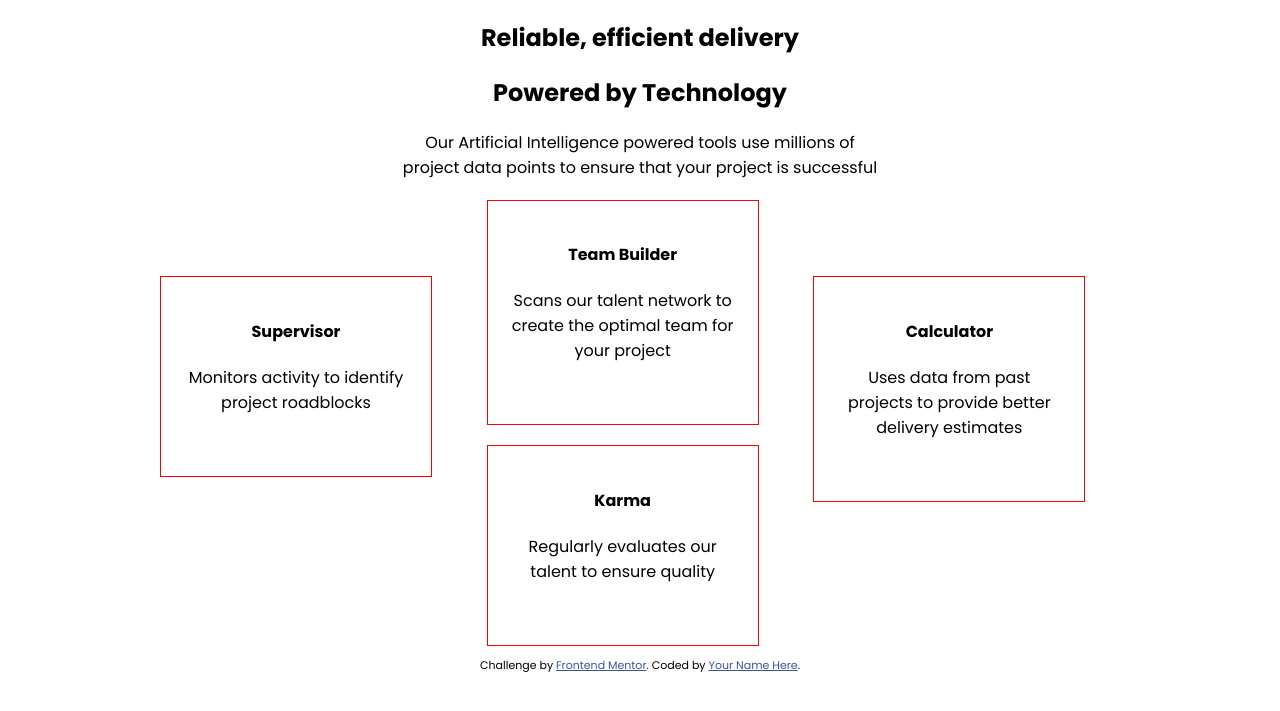
Repository: BuduCE/four-card-feature-section-master
Page: index.html
These files come from the project's save history. The page is drawn as it stood at one moment and after the next save; the edit follows.
The browser window is 1280 px wide. The pictures show the whole page.

Above is the page before, as saved 2023-06-01 22:25:12.

After the next save:
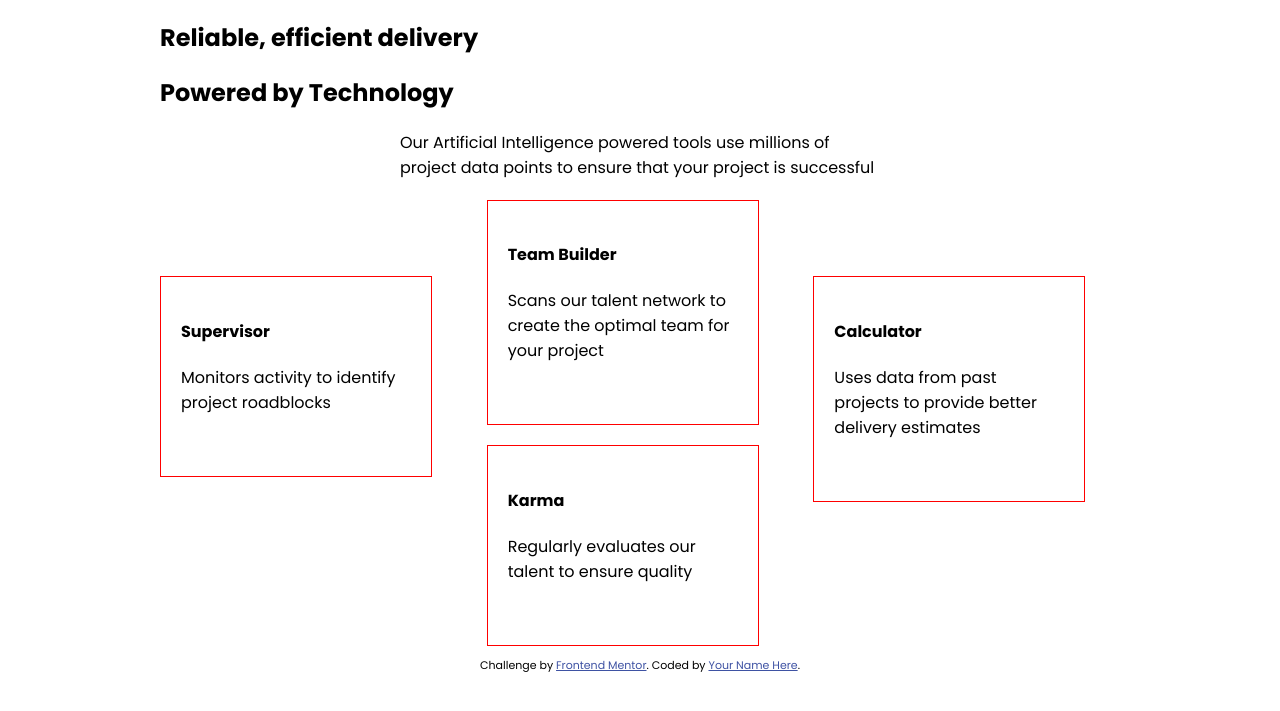
Saved 76 s later.
--- a/styles.css
+++ b/styles.css
@@ -9,7 +9,7 @@
 
 body {
     font-family: 'Poppins', sans-serif;
-    text-align: center;
+    /* text-align: center; */
     width: 75%;
     margin: auto;
 }

After the save that followed:
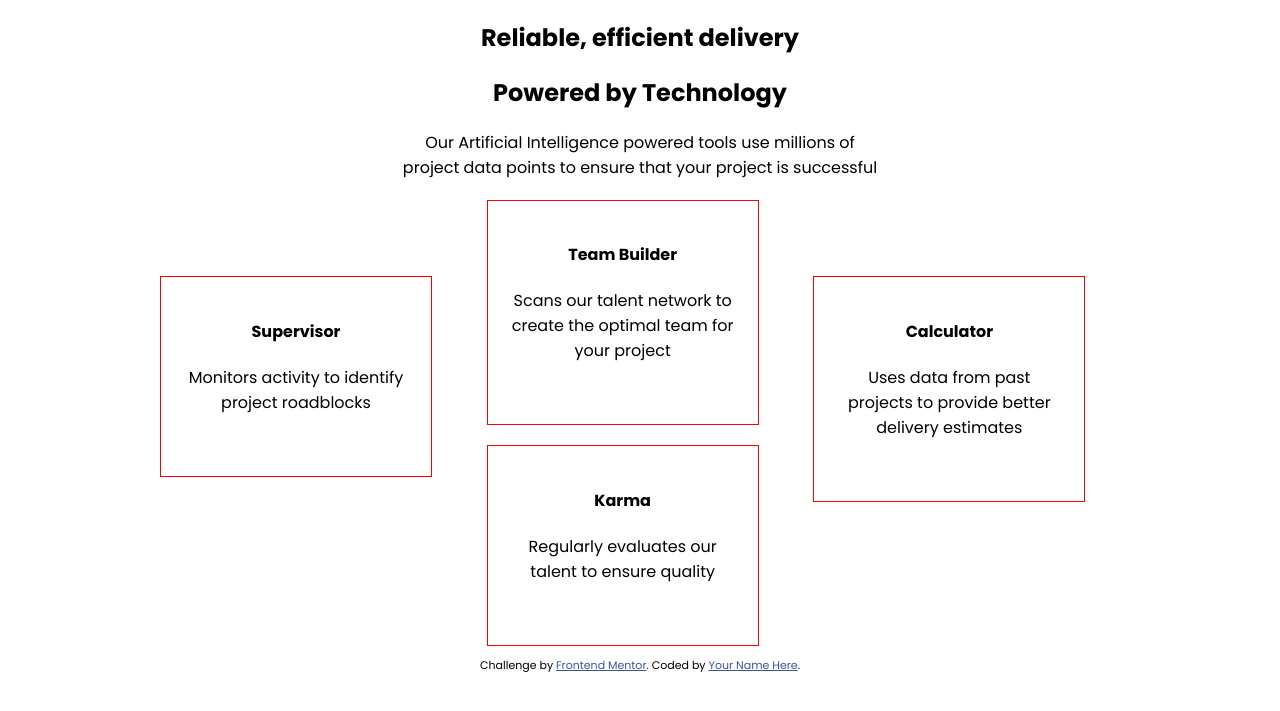
Saved 14 s later.
--- a/styles.css
+++ b/styles.css
@@ -9,7 +9,7 @@
 
 body {
     font-family: 'Poppins', sans-serif;
-    /* text-align: center; */
+    text-align: center;
     width: 75%;
     margin: auto;
 }
